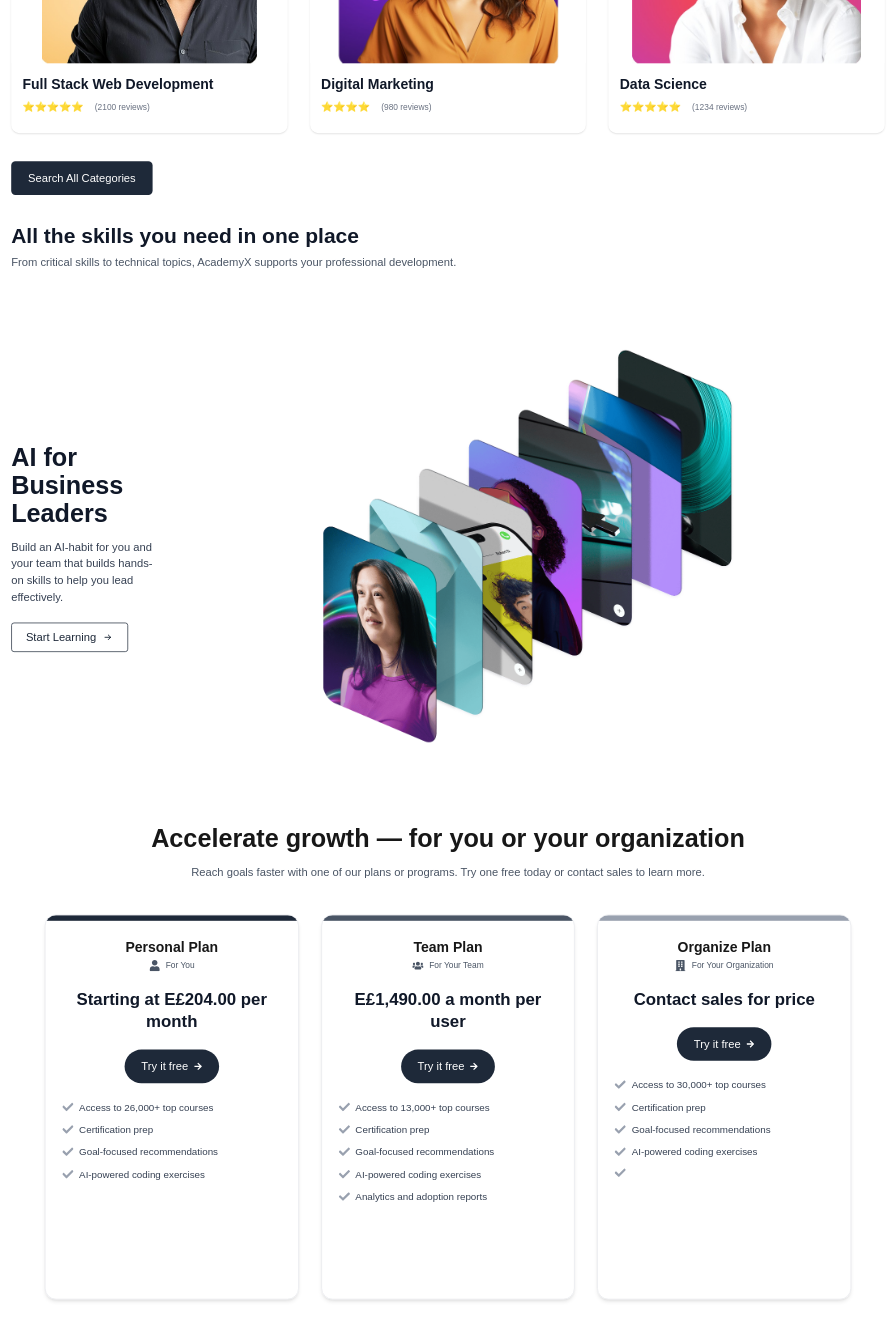
Repository: MohamedSalah54/full-stack-e-learning
Page: / (app in frontend/)
The author's editor kept a copy of each file at every save. The page is drawn from the files as they stood at one save, then again after a run of saves.
The browser window is 1280 px wide. The pictures show the part of the page from y = 979 to 2899 px (the page is 2899 px tall), at 70% of full size.
The project was rebuilt for these pictures with package versions that can differ from the ones it lists, and the page was loaded fresh each time. The framework's server and built-in components were replaced by stand-ins that run in the browser. Also part of the build but not shown: frontend/next.config.ts.

Above is the page before, as saved 2025-06-16 14:15:30.

After the next 2 saves:
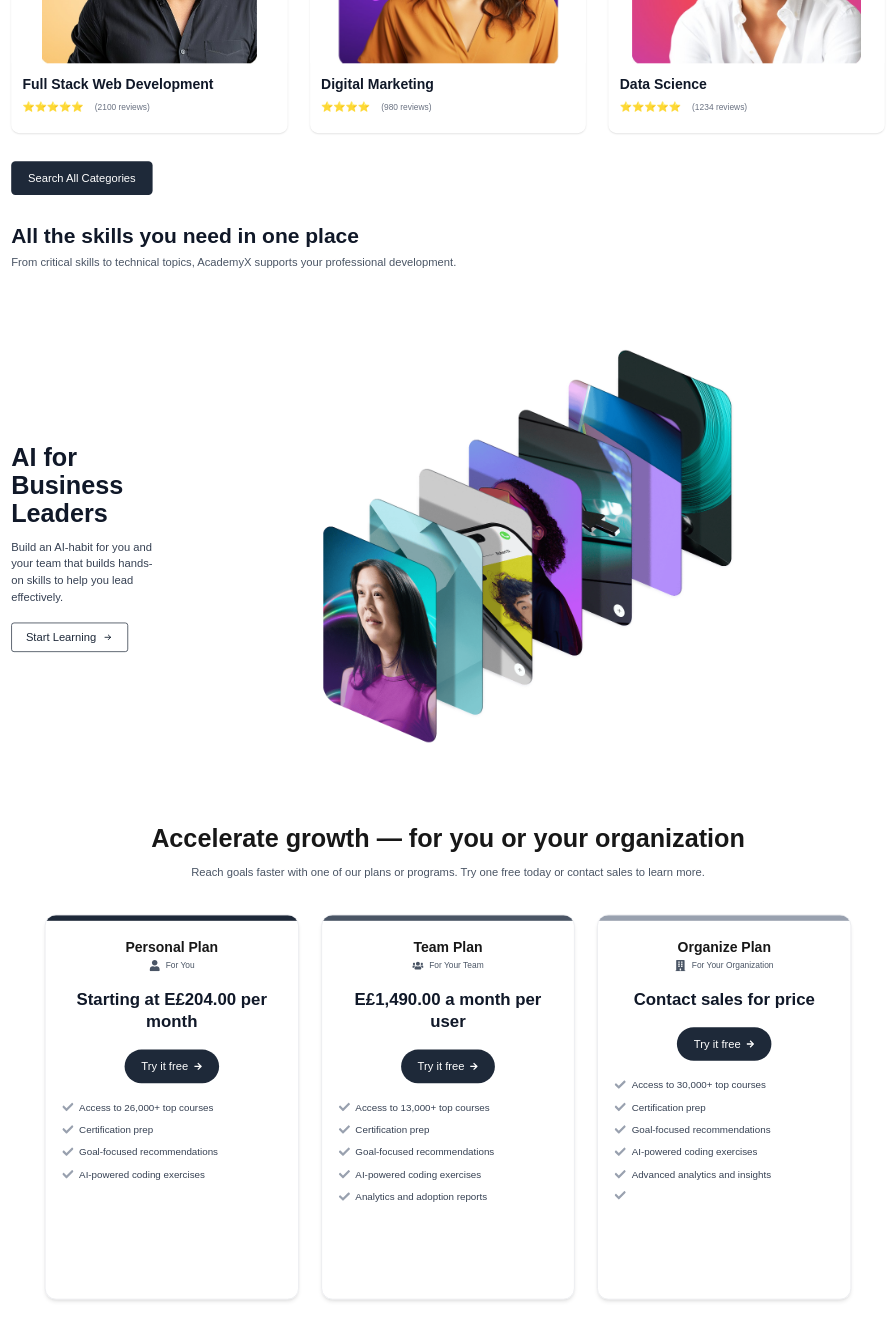
The 2 saves are shown as one change because they came seconds apart.
The last was saved 7 s later.
--- a/frontend/src/constants/index.ts
+++ b/frontend/src/constants/index.ts
@@ -58,7 +58,7 @@
     icon: FaBuilding,
     type: "For your organization",
     price: "Contact sales for price",
-    features: ["Access to 30,000+ top courses", "Certification prep", "Goal-focused recommendations","AI-powered coding exercises",""],
+    features: ["Access to 30,000+ top courses", "Certification prep", "Goal-focused recommendations","AI-powered coding exercises","Advanced analytics and insights",""],
     color: "bg-gray-400",
   },
 ];
